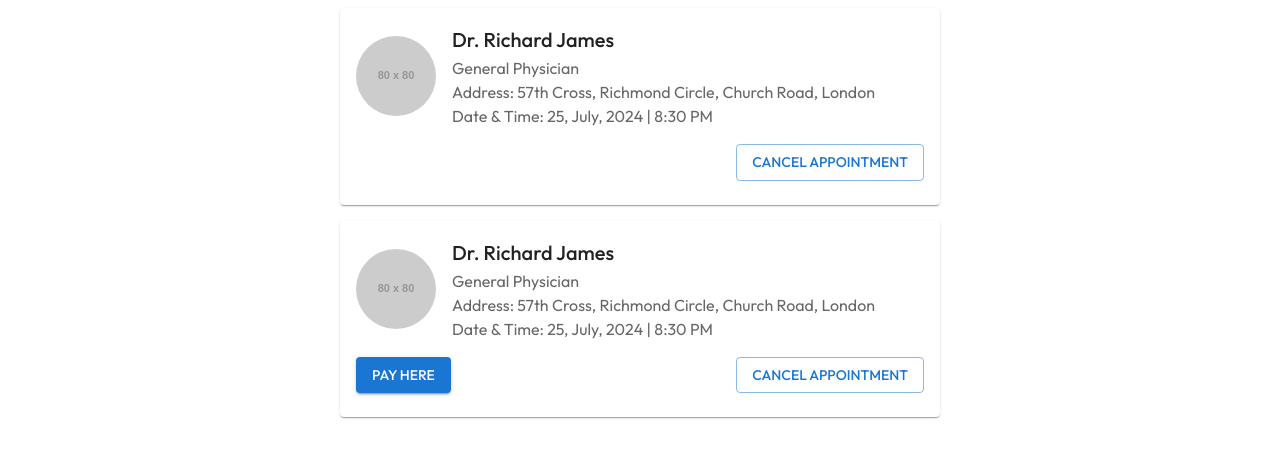
Repository: Ali-Dmerdash/DEPI_GRAD
Page: /
The author's editor kept a copy of each file at every save. The page is drawn from the files as they stood at one save, then again after the next save.
The browser window is 1280 px wide. The pictures show the whole page.
The project was rebuilt for these pictures with package versions that can differ from the ones it lists, and the page was loaded fresh each time. Also part of the build but not shown: vite.config.ts.

Above is the page before, as saved 2024-10-08 20:10:25.

### src/App.tsx
import "./App.css";
import "react-router-dom";
import { library } from "@fortawesome/fontawesome-svg-core";
import { fab } from "@fortawesome/free-brands-svg-icons";
import { fas } from "@fortawesome/free-solid-svg-icons";
import { far } from "@fortawesome/free-regular-svg-icons";
import Myappointment from "./pages/myappointment";

function App() {
  return (
    <>
      <Myappointment />
    </>
  );
}

export default App;
library.add(fab, fas, far);

### src/index.css
@import url("https://fonts.googleapis.com/css2?family=Outfit:wght@100..900&display=swap");

body {
  font-family: "Outfit", sans-serif;
  color: var(--text-color);
}

:root {
  --primary-color: #07456f;
  --secondary-color: #009f9d;
  --text-color: #0f0a3c;
  --card-button-color: #ace6f6;
  --border-color: #adadad;
}

### src/App.css
@import "./App.css";

body {
  color: var(--text-color);
}

### src/pages/myappointment/index.tsx
import React from "react";
import { Box, Card, CardContent, Typography, Button } from "@mui/material";

const MyAppointment: React.FC = () => {
  return (
    <Box sx={{ maxWidth: 600, margin: "0 auto" }}>
      <Card sx={{ marginBottom: 2 }}>
        <CardContent>
          <Box display="flex" alignItems="center">
            <img
              src="https://via.placeholder.com/80"
              alt="Doctor"
              style={{ borderRadius: "50%", marginRight: "16px" }}
            />
            <Box>
              <Typography variant="h6">Dr. Richard James</Typography>
              <Typography color="textSecondary">General Physician</Typography>
              <Typography color="textSecondary">
                Address: 57th Cross, Richmond Circle, Church Road, London
              </Typography>
              <Typography color="textSecondary">
                Date & Time: 25, July, 2024 | 8:30 PM
              </Typography>
            </Box>
          </Box>
          <Box display="flex" justifyContent="flex-end" marginTop={2}>
            <Button variant="outlined" color="primary">
              Cancel appointment
            </Button>
          </Box>
        </CardContent>
      </Card>

      {/* Second appointment */}
      <Card>
        <CardContent>
          <Box display="flex" alignItems="center">
            <img
              src="https://via.placeholder.com/80"
              alt="Doctor"
              style={{ borderRadius: "50%", marginRight: "16px" }}
            />
            <Box>
              <Typography variant="h6">Dr. Richard James</Typography>
              <Typography color="textSecondary">General Physician</Typography>
              <Typography color="textSecondary">
                Address: 57th Cross, Richmond Circle, Church Road, London
              </Typography>
              <Typography color="textSecondary">
                Date & Time: 25, July, 2024 | 8:30 PM
              </Typography>
            </Box>
          </Box>
          <Box display="flex" justifyContent="space-between" marginTop={2}>
            <Button variant="contained" color="primary">
              Pay here
            </Button>
            <Button variant="outlined" color="primary">
              Cancel appointment
            </Button>
          </Box>
        </CardContent>
      </Card>
    </Box>
  );
};

export default MyAppointment;

Loaded but not shown: index.html (common file); src/main.tsx (common file)

After the next save:
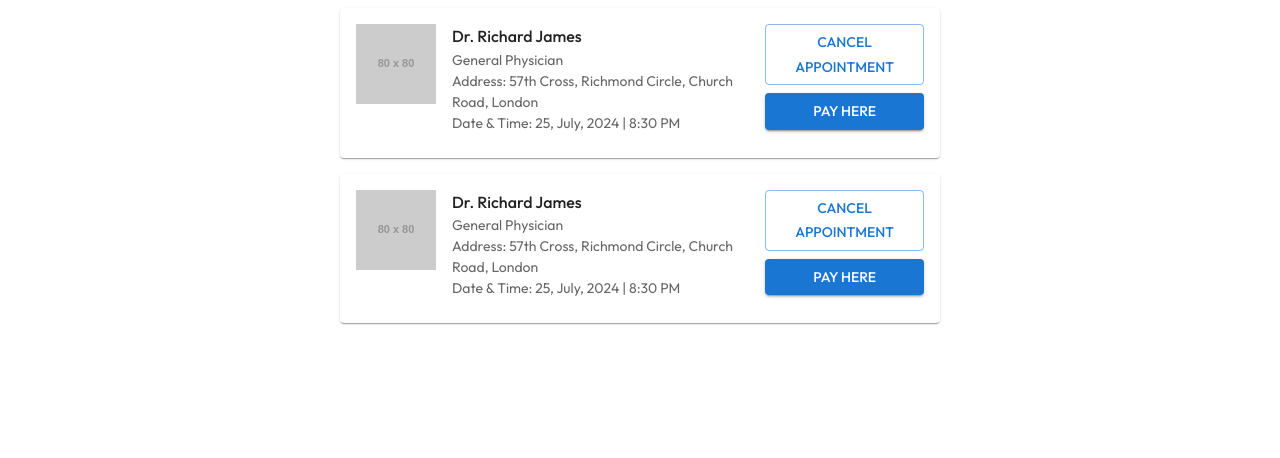
Saved 11 min 21 s later.
--- a/src/pages/myappointment/index.tsx
+++ b/src/pages/myappointment/index.tsx
@@ -6,58 +6,84 @@ const MyAppointment: React.FC = () => {
     <Box sx={{ maxWidth: 600, margin: "0 auto" }}>
       <Card sx={{ marginBottom: 2 }}>
         <CardContent>
-          <Box display="flex" alignItems="center">
+          <Box display="flex" alignItems="flex-start">
             <img
               src="https://via.placeholder.com/80"
               alt="Doctor"
-              style={{ borderRadius: "50%", marginRight: "16px" }}
+              style={{ width: "80px", height: "80px", marginRight: "16px" }}
             />
-            <Box>
-              <Typography variant="h6">Dr. Richard James</Typography>
-              <Typography color="textSecondary">General Physician</Typography>
-              <Typography color="textSecondary">
+            <Box flexGrow={1}>
+              <Typography variant="h6" fontSize="16px">
+                Dr. Richard James
+              </Typography>
+              <Typography color="textSecondary" fontSize="14px">
+                General Physician
+              </Typography>
+              <Typography color="textSecondary" fontSize="14px">
                 Address: 57th Cross, Richmond Circle, Church Road, London
               </Typography>
-              <Typography color="textSecondary">
+              <Typography color="textSecondary" fontSize="14px">
                 Date & Time: 25, July, 2024 | 8:30 PM
               </Typography>
             </Box>
-          </Box>
-          <Box display="flex" justifyContent="flex-end" marginTop={2}>
-            <Button variant="outlined" color="primary">
-              Cancel appointment
-            </Button>
+            <Box
+              display="flex"
+              flexDirection="column"
+              justifyContent="flex-end"
+            >
+              <Button
+                variant="outlined"
+                color="primary"
+                sx={{ marginBottom: 1 }}
+              >
+                Cancel appointment
+              </Button>
+              <Button variant="contained" color="primary">
+                Pay here
+              </Button>
+            </Box>
           </Box>
         </CardContent>
       </Card>
 
-      {/* Second appointment */}
       <Card>
         <CardContent>
-          <Box display="flex" alignItems="center">
+          <Box display="flex" alignItems="flex-start">
             <img
               src="https://via.placeholder.com/80"
               alt="Doctor"
-              style={{ borderRadius: "50%", marginRight: "16px" }}
+              style={{ width: "80px", height: "80px", marginRight: "16px" }}
             />
-            <Box>
-              <Typography variant="h6">Dr. Richard James</Typography>
-              <Typography color="textSecondary">General Physician</Typography>
-              <Typography color="textSecondary">
+            <Box flexGrow={1}>
+              <Typography variant="h6" fontSize="16px">
+                Dr. Richard James
+              </Typography>
+              <Typography color="textSecondary" fontSize="14px">
+                General Physician
+              </Typography>
+              <Typography color="textSecondary" fontSize="14px">
                 Address: 57th Cross, Richmond Circle, Church Road, London
               </Typography>
-              <Typography color="textSecondary">
+              <Typography color="textSecondary" fontSize="14px">
                 Date & Time: 25, July, 2024 | 8:30 PM
               </Typography>
             </Box>
-          </Box>
-          <Box display="flex" justifyContent="space-between" marginTop={2}>
-            <Button variant="contained" color="primary">
-              Pay here
-            </Button>
-            <Button variant="outlined" color="primary">
-              Cancel appointment
-            </Button>
+            <Box
+              display="flex"
+              flexDirection="column"
+              justifyContent="flex-end"
+            >
+              <Button
+                variant="outlined"
+                color="primary"
+                sx={{ marginBottom: 1 }}
+              >
+                Cancel appointment
+              </Button>
+              <Button variant="contained" color="primary">
+                Pay here
+              </Button>
+            </Box>
           </Box>
         </CardContent>
       </Card>
